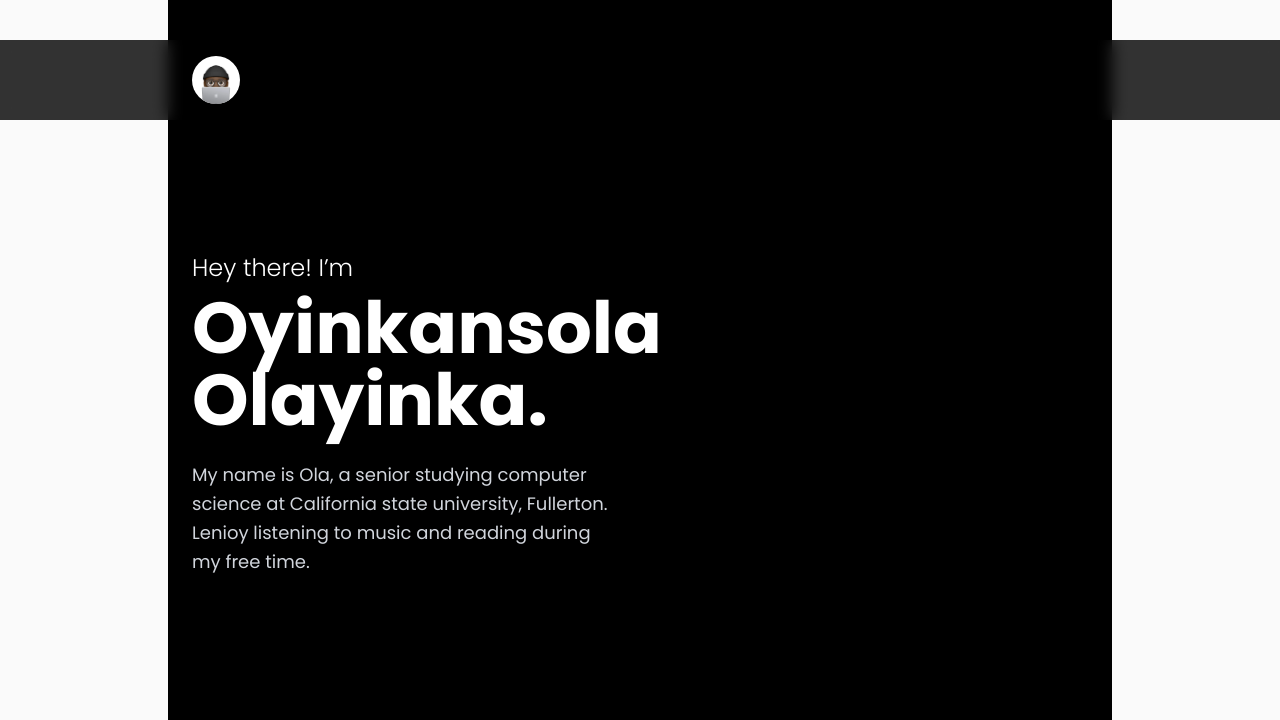
Repository: olasores/olasores-portfolio
Page: /
These files come from the project's save history. The page is drawn as it stood at one moment and after the next save; the edit follows.
The browser window is 1280 px wide. The pictures show the whole page.
The project was rebuilt for these pictures with package versions that can differ from the ones it lists, and the page was loaded fresh each time. The framework's server and built-in components were replaced by stand-ins that run in the browser. Also part of the build but not shown: next.config.ts.

Above is the page before, as saved 2025-11-11 12:35:41.

### app/layout.tsx
import type { Metadata } from "next";
import { Poppins } from "next/font/google";
import "./globals.css";
import Navbar from "./components/Navbar";

const poppins = Poppins({
  variable: "--font-poppins",
  weight: ["300", "400", "500", "600", "700"],
  subsets: ["latin"],
});

export const metadata: Metadata = {
  title: "Create Next App",
  description: "Generated by create next app",
};

export default function RootLayout({
  children,
}: Readonly<{
  children: React.ReactNode;
}>) {
  return (
    <html lang="en">
      <body
        className={`${poppins.variable} antialiased`}
      >
        <Navbar />
        {children}
      </body>
    </html>
  );
}

### app/page.tsx
import Image from "next/image";
import HomeSection from "./components/HomeSection";

export default function Home() {
  return (

    <div className="flex min-h-screen items-center justify-center bg-zinc-50 font-sans dark:bg-black">
      <HomeSection />
    </div>
  );
}

### app/globals.css
@import "tailwindcss";

:root {
  --background: #ffffff;
  --foreground: #171717;
}

@theme inline {
  --color-background: var(--background);
  --color-foreground: var(--foreground);
  --font-sans: var(--font-poppins);
}

@media (prefers-color-scheme: dark) {
  :root {
    --background: #0a0a0a;
    --foreground: #ededed;
  }
}

* {
  font-family: 'Poppins', sans-serif;
}

body {
  background: var(--background);
  color: var(--foreground);
}

### app/components/Navbar.tsx
export default function Navbar() {
    return (
        <nav className="fixed top-10 w-full bg-black/80 backdrop-blur-sm px-6 py-4 z-50">
            <div className="max-w-4xl mx-auto flex items-center justify-between">
                {/* Logo */}
                <div className="relative w-12 h-12 rounded-full bg-white overflow-hidden flex items-center justify-center">
                    <img
                        src="/assets/olaimg2.webp"
                        alt="Oyinkansola Olayinka Logo"
                        className="w-full h-full object-cover"
                    />
                </div>

                {/* Links */}
                {/* <div className="flex gap-8 text-white">
                    <a href="#" className="hover:text-gray-400 transition">
                        Github ↗
                    </a>
                    <a href="#" className="hover:text-gray-400 transition">
                        linkedin ↗
                    </a>
                    <a href="#" className="hover:text-gray-400 transition">
                        Resume ↗
                    </a>
                </div> */}
            </div>
        </nav>
    );
}

### app/components/HomeSection.tsx


export default function HomeSection() {
    return (
        <div className="flex min-h-screen items-center justify-center bg-black font-sans dark:bg-black px-6 py-5 pt-32">
            <div className="grid grid-cols-1 md:grid-cols-2 gap-12 max-w-4xl w-full items-center">
                {/* Left side: Text content */}
                <div className="flex flex-col gap-6 items-center md:items-start">
                    <div>
                        <h2 className="text-xl md:text-2xl font-light text-white mb-2">
                            Hey there! I&rsquo;m
                        </h2>
                        <h1 className="text-5xl md:text-7xl font-bold text-white">
                            Oyinkansola Olayinka.
                        </h1>
                    </div>

                    <p className="text-base md:text-lg text-gray-300 leading-relaxed max-w-lg">
                        My name is Ola, a senior studying computer science at California state university, Fullerton. Lenioy listening to music and reading during my free time.
                    </p>

                    {/* Links */}
                    {/* <div className="flex gap-6 text-lg md:text-xl text-white">
                        <a href="#" className="hover:text-gray-400 transition">
                            Github ↗
                        </a>
                        <a href="#" className="hover:text-gray-400 transition">
                            linkedin ↗
                        </a>
                        <a href="#" className="hover:text-gray-400 transition">
                            Resume ↗
                        </a>
                    </div> */}
                </div>
            </div>
        </div>
    );
}

After the next save:
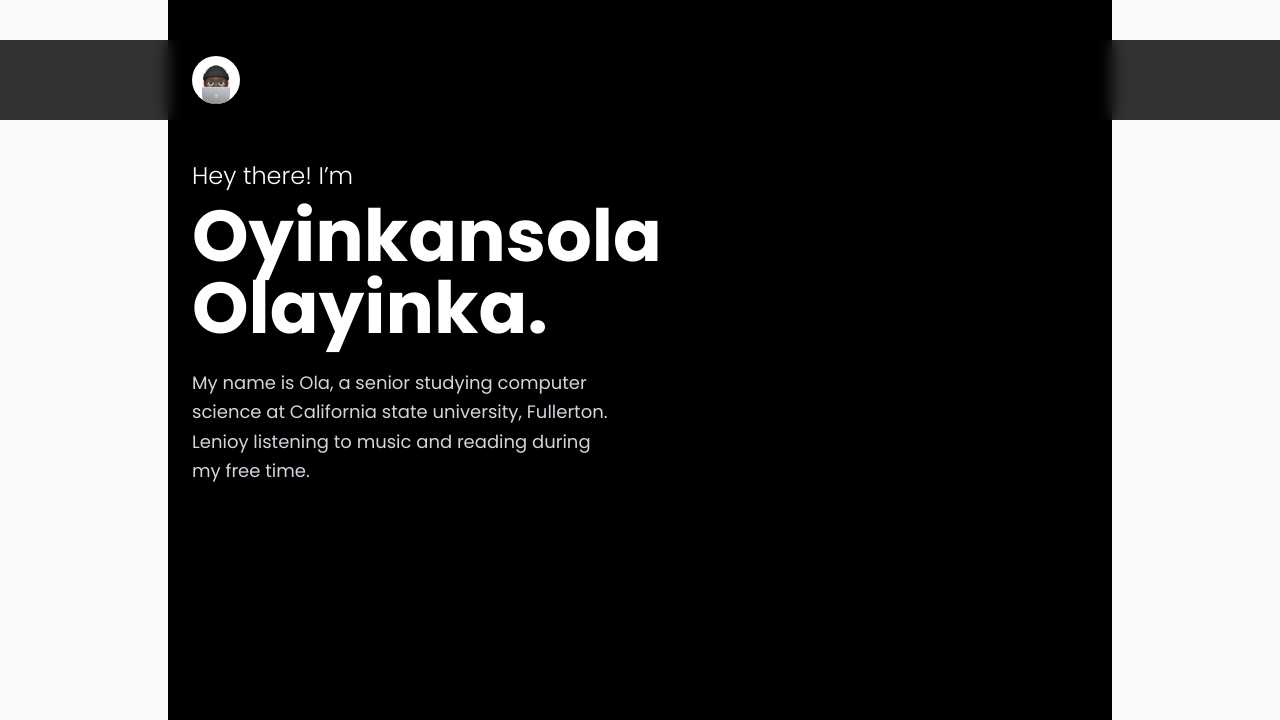
Saved 35 s later.
--- a/app/components/HomeSection.tsx
+++ b/app/components/HomeSection.tsx
@@ -2,7 +2,7 @@
 
 export default function HomeSection() {
     return (
-        <div className="flex min-h-screen items-center justify-center bg-black font-sans dark:bg-black px-6 py-5 pt-32">
+        <div className="flex min-h-screen items-start justify-center bg-black font-sans dark:bg-black px-6 py-5 pt-40">
             <div className="grid grid-cols-1 md:grid-cols-2 gap-12 max-w-4xl w-full items-center">
                 {/* Left side: Text content */}
                 <div className="flex flex-col gap-6 items-center md:items-start">
